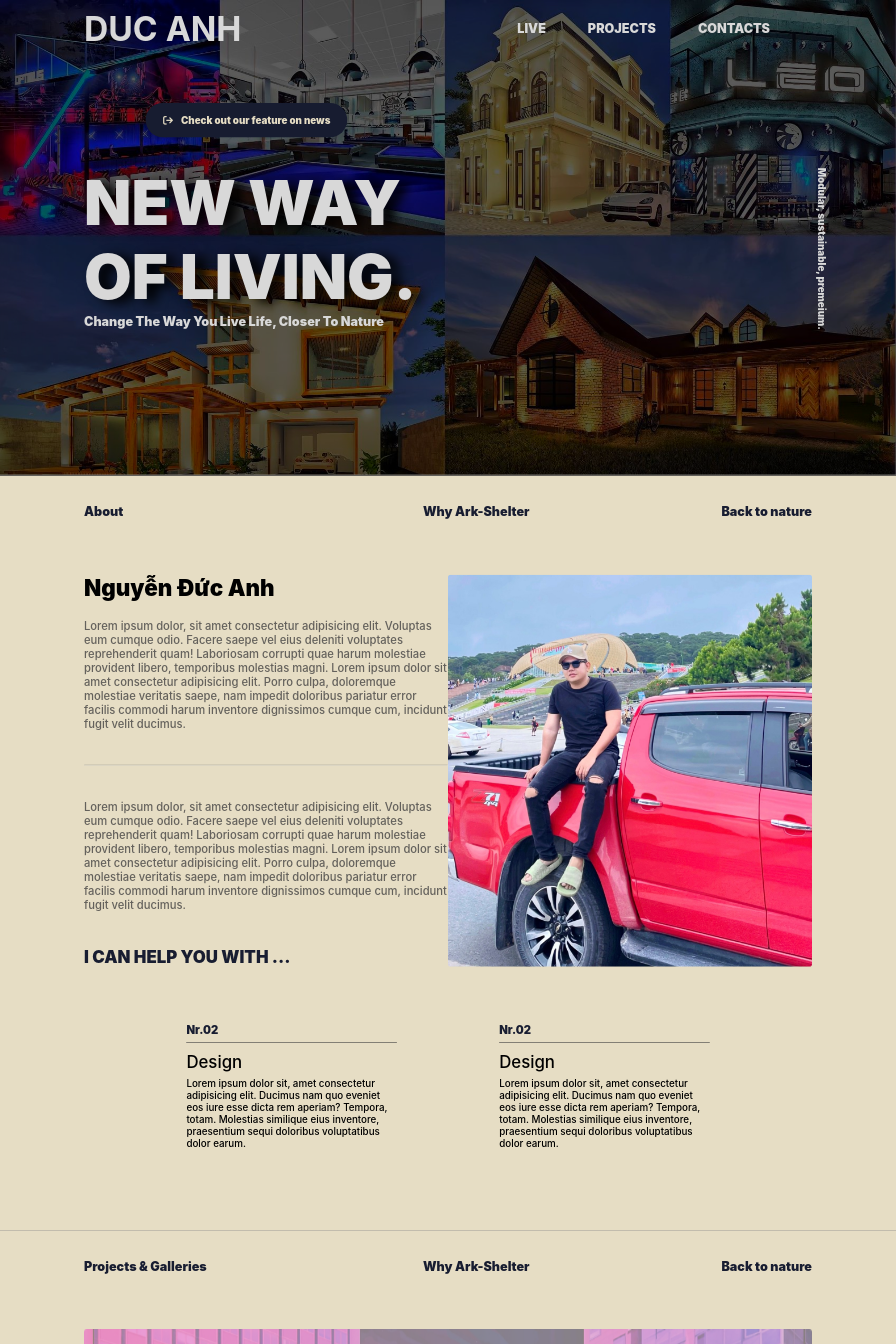
Repository: Ethanxcode/DucAnhNguyen
Page: index.html
The author's editor kept a copy of each file at every save. The page is drawn from the files as they stood at one save, then again after the next save.
The browser window is 1280 px wide. The pictures show the part of the page from y = 0 to 1920 px (the page is 5378 px tall), at 70% of full size.

Above is the page before, as saved 2023-01-30 15:22:37.

### index.html
<!DOCTYPE html>
<html lang="en">

<head>
	<meta charset="UTF-8" />
	<meta http-equiv="X-UA-Compatible" content="IE=edge" />
	<meta name="viewport" content="width=device-width, initial-scale=1.0" />
	<link rel="stylesheet" href="./style.css" />
	<link rel="stylesheet" href="https://cdnjs.cloudflare.com/ajax/libs/font-awesome/6.2.1/css/all.min.css" />
	<!-- <link rel="stylesheet" type="text/css" href="/css/fonts.css" /> -->
	<title>DucAnhNguyen</title>
</head>

<body>
	<div id="root">
		<section class="container bgimage header">
			<div class="bg-image-holder" style="
						background-image: url(./Assets/241194850_2108411145980762_7904081432669109629_n.jpg); ;;
					"></div>
			<nav class="navigation content-above">
				<ul class="headerMenu">
					<li>
						<a href="">
							<h2 class="textLogo">Duc Anh</h2>
						</a>
					</li>
					<li class="subHeaderMenu">
						<ul>
							<li><i class="fa-solid fa-bars"></i></li>
							<li>
								<a href="#" class="inter-black-iron-16px">Live</a>
							</li>
							<li>
								<a href="#" class="inter-black-iron-16px">Projects</a>
							</li>
							<li>
								<a href="#" class="inter-black-iron-16px">Contacts</a>
							</li>
						</ul>
					</li>
				</ul>
			</nav>
			<nav class="heroSubNavigation">
				<button class="btn inter-black-almod-16px" style="margin-left: 88px">
					<i class="icon-margin-8px fa-solid fa-arrow-right-from-bracket"></i>
					Check out our feature on news
				</button>
				<h1 class="heroTitle">
					New way <br />
					of living.
				</h1>
				<p class="inter-black-iron-16px" style="text-transform: capitalize">
					change the way you live life, closer to nature
				</p>
				<p class="childrenSubNav">Modular, sustainable, premeium.</p>
			</nav>
		</section>

		<section class="AboutSection container">
			<header class="HeaderSection">
				<ul class="HeaderSectionMenu">
					<li>
						<h4 class="inter-black-eerie-black-18px">About</h4>
					</li>
					<ul class="subSectionMenu">
						<li>
							<h4 class="inter-black-eerie-black-18px">Why Ark-Shelter</h4>
						</li>
						<li>
							<h4 class="inter-black-eerie-black-18px">Back to nature</h4>
						</li>
					</ul>
				</ul>
			</header>
			<div class="row Aboutcontent">
				<div class="col-half">
					<h1 class="nameTitle">Nguyễn Đức Anh</h1>
					<p class="margin-top-24px inter-medium-tundora-16px">
						Lorem ipsum dolor, sit amet consectetur adipisicing elit. Voluptas
						eum cumque odio. Facere saepe vel eius deleniti voluptates
						reprehenderit quam! Laboriosam corrupti quae harum molestiae
						provident libero, temporibus molestias magni. Lorem ipsum dolor
						sit amet consectetur adipisicing elit. Porro culpa, doloremque
						molestiae veritatis saepe, nam impedit doloribus pariatur error
						facilis commodi harum inventore dignissimos cumque cum, incidunt
						fugit velit ducimus.
					</p>
					<hr>
						<p class="inter-medium-tundora-16px">
						Lorem ipsum dolor, sit amet consectetur adipisicing elit. Voluptas
						eum cumque odio. Facere saepe vel eius deleniti voluptates
						reprehenderit quam! Laboriosam corrupti quae harum molestiae
						provident libero, temporibus molestias magni. Lorem ipsum dolor
						sit amet consectetur adipisicing elit. Porro culpa, doloremque
						molestiae veritatis saepe, nam impedit doloribus pariatur error
						facilis commodi harum inventore dignissimos cumque cum, incidunt
						fugit velit ducimus.
					</p>
					<p class="inter-black-eerie-black-24px subContent">
						I CAN HELP YOU WITH ...
					</p>
				</div>
				<div class="col-half">
					<img src="./Assets/P1.jpg" alt="" style="
								height: 560px;
								width: 520px;
								object-fit: cover;
								border-radius: 4px;
								float: right;
							" />
				</div>
			</div>
			<div class="margin-top-64px subAboutContent row">
				<div class="col-half">
					<h4 class="inter-black-eerie-black-16px">Nr.02</h4>
					<h3 class="inter-medium-black-24px">Design</h3>
					<p class="inter-medium-black-14px">
						Lorem ipsum dolor sit, amet consectetur adipisicing elit. Ducimus
						nam quo eveniet eos iure esse dicta rem aperiam? Tempora, totam.
						Molestias similique eius inventore, praesentium sequi doloribus
						voluptatibus dolor earum.
					</p>
				</div>
				<div class="col-half">
					<h4 class="inter-black-eerie-black-16px">Nr.02</h4>
					<h3 class="inter-medium-black-24px">Design</h3>
					<p class="inter-medium-black-14px">
						Lorem ipsum dolor sit, amet consectetur adipisicing elit. Ducimus
						nam quo eveniet eos iure esse dicta rem aperiam? Tempora, totam.
						Molestias similique eius inventore, praesentium sequi doloribus
						voluptatibus dolor earum.
					</p>
				</div>
			</div>
		</section>

		<section class="slideSection container">
			<header class="HeaderSection">
				<ul class="HeaderSectionMenu">
					<li>
						<h4 class="inter-black-eerie-black-18px">Projects & Galleries</h4>
					</li>
					<ul class="subSectionMenu">
						<li>
							<h4 class="inter-black-eerie-black-18px">Why Ark-Shelter</h4>
						</li>
						<li>
							<h4 class="inter-black-eerie-black-18px">Back to nature</h4>
						</li>
					</ul>
				</ul>
			</header>
			<div class="slideshow-container">
				<!-- Full-width images with number and caption text -->
				<div class="mySlides fade">
					<!-- <div class="numbertext">1 / 4</div> -->
					<img src="Assets/311601869_1307089786709169_3065254316628902188_n.jpg" style="width: 100%" />
					<!-- <div class="text">Caption Text</div> -->
				</div>

				<div class="mySlides fade">
					<!-- <div class="numbertext">2 / 4</div> -->
					<img src="Assets/91572249_1631208343701047_2964735174748667904_n.jpg" style="width: 100%" />
					<!-- <div class="text">Caption Two</div> -->
				</div>

				<div class="mySlides fade">
					<!-- <div class="numbertext">3 / 4</div> -->
					<img src="Assets/241194850_2108411145980762_7904081432669109629_n.jpg" style="width: 100%" />
					<!-- <div class="text">Caption Three</div> -->
				</div>
				<div class="mySlides fade">
					<!-- <div class="numbertext">4 / 4</div> -->
					<img src="Assets/159825492_1943519125803299_9126036899379787784_n.jpg" style="width: 100%" />
					<!-- <div class="text">Caption four</div> -->
				</div>

				<!-- Next and previous buttons -->
				<a class="prev" onclick="plusSlides(-1)">&#10094;</a>
				<a class="next" onclick="plusSlides(1)">&#10095;</a>
				<div style="
							align-items: center;
							display: flex;
							/* width: 90%; */
							border-radius: 4px;
							margin: 16px 64px 0 64px;
							height: 4px;
							background-color: var(--pablo);
						">
					<span class="dot" onclick="currentSlide(1)"></span>
					<span class="dot" onclick="currentSlide(2)"></span>
					<span class="dot" onclick="currentSlide(3)"></span>
					<span class="dot" onclick="currentSlide(4)"></span>
				</div>
			</div>
		</section>

		<section class="gallerySection container">
			<!-- <header class="HeaderSection">
				<ul class="HeaderSectionMenu">
					<li>
						<h4 class="inter-black-eerie-black-18px">Gallery</h4>
					</li>
					<ul class="subSectionMenu">
						<li>
							<h4 class="inter-black-eerie-black-18px">Why Ark-Shelter</h4>
						</li>
						<li>
							<h4 class="inter-black-eerie-black-18px">Back to nature</h4>
						</li>
					</ul>
				</ul>
			</header> -->
			<div class="row galleryContent">
				<div class="col-half">
					<img src="./Assets/241194850_2108411145980762_7904081432669109629_n.jpg" alt="" style="

							" />
				</div>
				<div class="col-half">
					<img src="./Assets/311601869_1307089786709169_3065254316628902188_n.jpg" alt="" style="

								float: right;
							" />
				</div>
				<button class="btn inter-black-almod-16px shortBtn margin-top-24px">

					More
				</button>
			</div>


	</div>
	</section>

	<section class="contactSectionn container">
		<header class="HeaderSection">
			<ul class="HeaderSectionMenu">
				<li>
					<h4 class="inter-black-eerie-black-18px">Contact</h4>
				</li>
				<ul class="subSectionMenu">
					<li>
						<h4 class="inter-black-eerie-black-18px">Why Ark-Shelter</h4>
					</li>
					<li>
						<h4 class="inter-black-eerie-black-18px">Back to nature</h4>
					</li>
				</ul>
			</ul>
		</header>
		<div class="row contactContent">
			<div class=" subContactContent">
				<img src="./Assets/P1.jpg" class="circleLogo" alt="">
				<h1 class="bigNameTitle">Let's work <br> together</h1>
			</div>
			<div class="row">
				<hr>
				<div class="circleCanvas">
					<canvas id="myCanvas" width="180" height="180"></canvas>
					<span class="">Get in touch</span>
				</div>

			</div>

			<div class="subChildContactContent">
				<button class="btn inter-black-almod-16px shortBtn margin-top-24px">
					NguyenDucAnh123@gmail.com
				</button>
				<button class="btn inter-black-almod-16px shortBtn margin-top-24px">
					+84867833989
				</button>
			</div>
		</div>


		<!-- <p class="ask">Contact form? Below <i class="fa-solid fa-hand-point-down"></i></p> -->
		<h1 class="showGuideTitle margin-top-80px">Let us know how we can help you.</h1>
		<div class="formSubmit row margin-top-24px">
			<ul class="col-half">
				<li><input class="inter-medium-tundora-14px-2" placeholder="First Name" type="text"></li>
				<li><input class="inter-medium-tundora-14px-2" placeholder="Email" type="text"></li>
				<li><input class="inter-medium-tundora-14px-2" placeholder="Country" type="text"></li>
			</ul>
			<ul class="col-half">
				<li><input class="inter-medium-tundora-14px-2" placeholder="Last Name" type="text"></li>
				<li><input class="inter-medium-tundora-14px-2" placeholder="Phone Number" type="text"></li>
				<li><input class="inter-medium-tundora-14px-2" placeholder="Subject" type="text"></li>
			</ul>
			<div class="row">
				<textarea placeholder="Your message" class="inter-medium-tundora-14px-2" name="message" id="myMessage"
					cols="180" rows="8"></textarea>
			</div>
		</div>
		<button class="btn fullFilshortBtn margin-top-24px">Send message!</button>
	</section>



	<footer class="FooterSection ">
		<section class="container">
				<div class="row footerContent" style="display: flex; justify-content: space-evenly;">
			<div class="col-four subFooterContent">
				<h4 class=" margin-bottom-24px">Sitemap</h4>
				<ul>
					<li>Home</li>
					<li>Live</li>
					<li>Work</li>
					<li>Projects</li>
					<li>Career</li>
					<li>Contact</li>

				</ul>
			</div>

			<div class="col-four subFooterContent">
				<h4 class=" margin-bottom-24px">Sitemap</h4>
				<ul>
					<li>FQA</li>
					<li>Privacy Policy</li>

				</ul>
			</div>

				<div class="col-four subFooterContent">
				<h4 class=" margin-bottom-24px">Sitemap</h4>
				<ul>
					<li>
						<p>We will send you updates on new products and discounts.</p>
					</li>
					<li><input class="inter-medium-tundora-14px-2" placeholder="Email" type="text"></li>
				</ul>

			</div>
			<div class="col-four" style="width: 100%; margin-top: 24px;" >
				<div class="mapouter">
					<div class="gmap_canvas" ><iframe
							src="https://maps.google.com/maps?q=51%20%C4%90%C6%B0%E1%BB%9Dng%20183,%20B%C3%ACnh%20M%E1%BB%B9,%20C%E1%BB%A7%20Chi,%20Th%C3%A0nh%20ph%E1%BB%91%20H%E1%BB%93%20Ch%C3%AD%20Minh,%20Vietnam&amp;t=&amp;z=13&amp;ie=UTF8&amp;iwloc=&amp;output=embed"
							id="gmap_canvas" frameborder="0" scrolling="no"
							style="height: 240px; width: 100%; border-radius: 4px;"></iframe><a></a>
					</div>
				</div>
			</div>
			<ul class="footerIcons">
				<li><a href="#"><i class="fa-brands fa-facebook"></i></a></li>
				<li><a href="#"><i class="fa-brands fa-twitter"></i></a></li>
				<li><a href="#"><i class="fa-brands fa-linkedin"></i></a></li>
				<li><a href="#"><i class="fa-brands fa-pinterest"></i></a></li>

			</ul>
		</div>
		</div>
		</section>
		<footer class="footerCopyright">
			<p>all rights reserved @ 2023</p>
		</footer>
	</footer>

	</div>
	<script src="script.js"></script>
</body>

</html>

Loaded but not shown: script.js (71 lines, source omitted); style.css (1014 lines, source omitted)

After the next save:
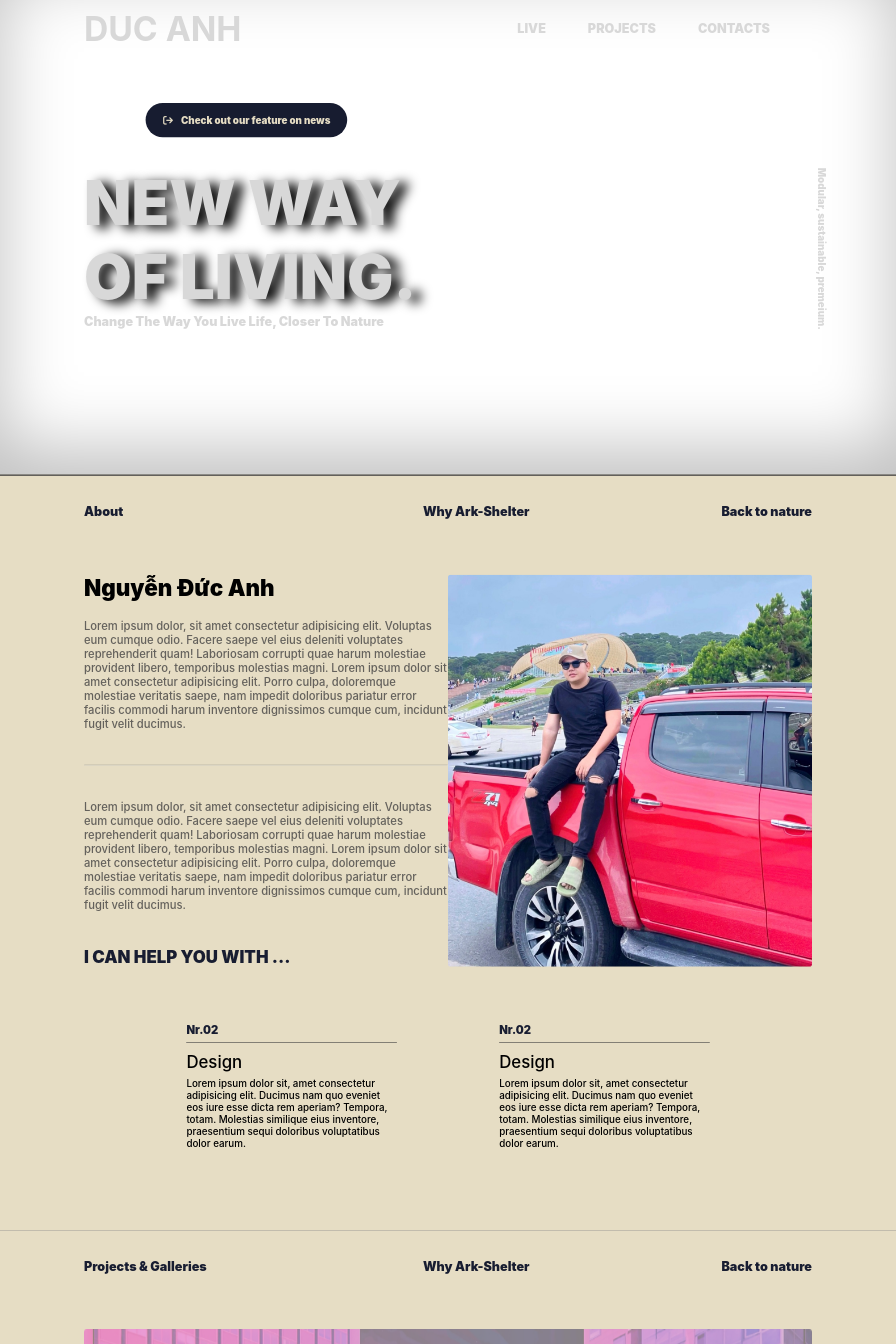
Saved 13 s later.
--- a/index.html
+++ b/index.html
@@ -15,7 +15,7 @@
 	<div id="root">
 		<section class="container bgimage header">
 			<div class="bg-image-holder" style="
-						background-image: url(./Assets/241194850_2108411145980762_7904081432669109629_n.jpg); ;;
+						background-image: url(./Assets/241194850_2108411145980762_7904081432669109629_n.jpg) cover;;
 					"></div>
 			<nav class="navigation content-above">
 				<ul class="headerMenu">

After the save that followed:
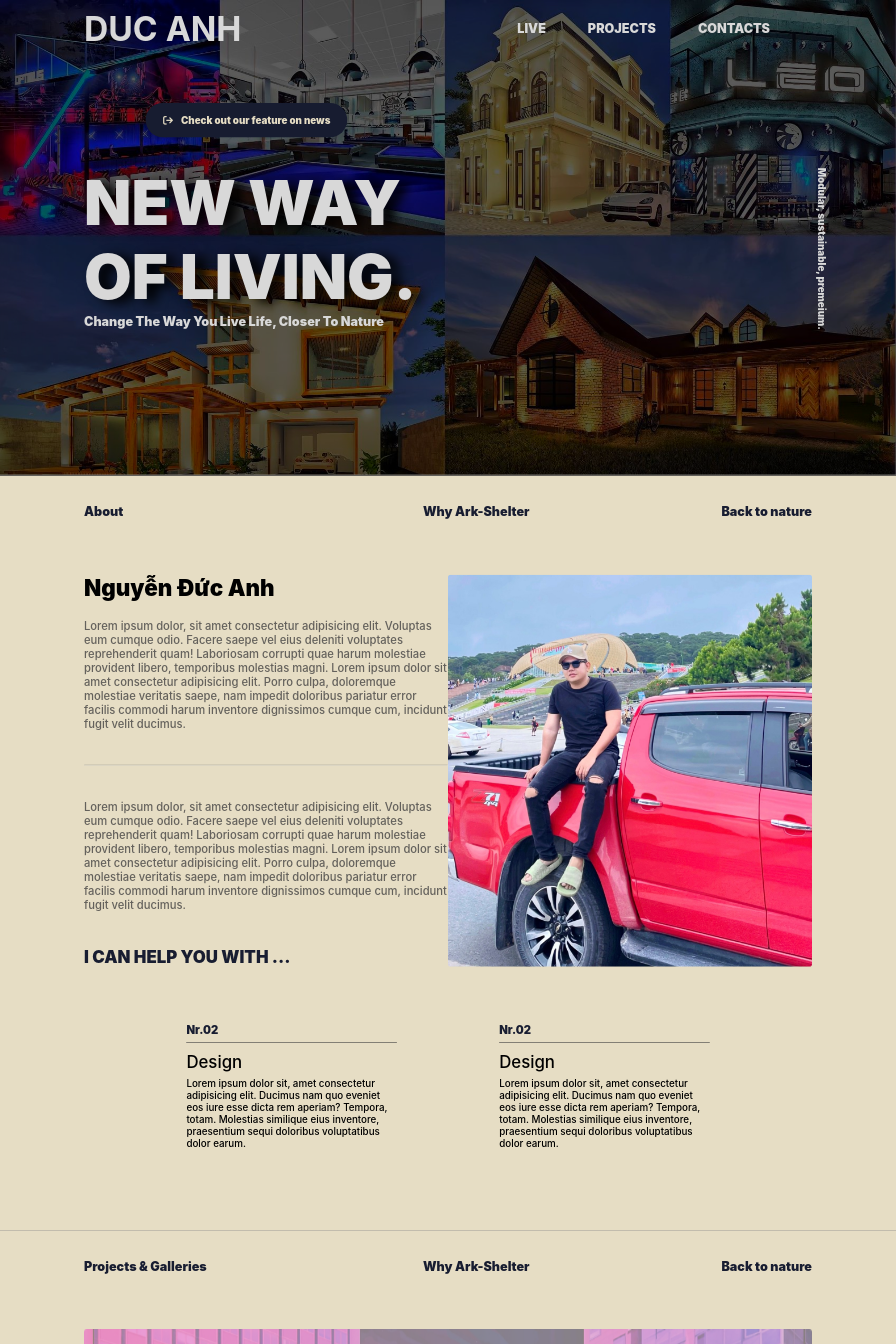
Saved 9 s later.
--- a/index.html
+++ b/index.html
@@ -15,7 +15,7 @@
 	<div id="root">
 		<section class="container bgimage header">
 			<div class="bg-image-holder" style="
-						background-image: url(./Assets/241194850_2108411145980762_7904081432669109629_n.jpg) cover;;
+						background-image: url(./Assets/241194850_2108411145980762_7904081432669109629_n.jpg);
 					"></div>
 			<nav class="navigation content-above">
 				<ul class="headerMenu">
